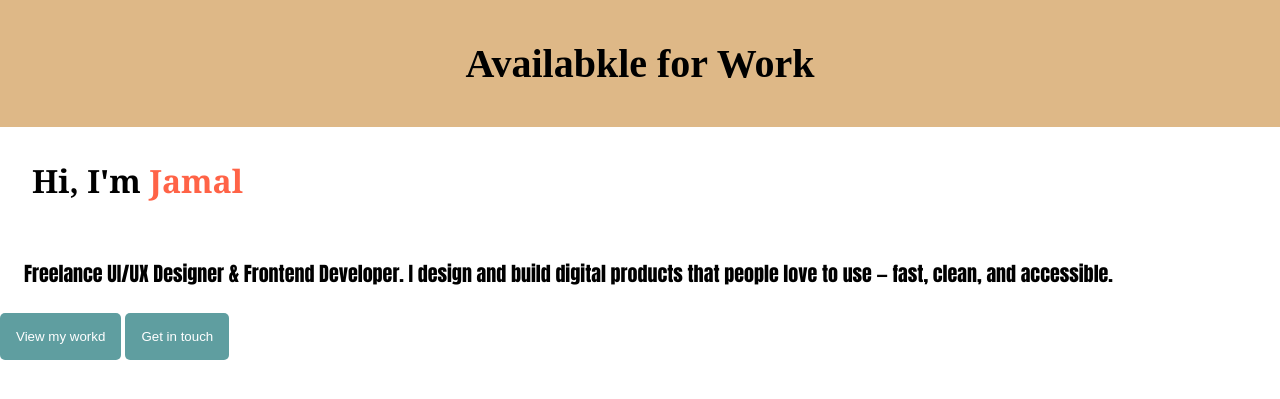
Repository: jamalissef-glitch/exercise1-JS
Page: Exercise33/index.html
The author's editor kept a copy of each file at every save. The page is drawn from the files as they stood at one save, then again after the next save.
The browser window is 1280 px wide. The pictures show the whole page.

Above is the page before, as saved 2026-07-14 17:44:56.

### Exercise33/index.html
<!DOCTYPE html>
<html lang="en">

<head>
 <meta charset="UTF-8">
 <meta name="viewport" content="width=device-width, initial-scale=1.0">
 <title>DOM</title>
</head>

<style>
 * {
  padding: 0;
  margin: 0;
  box-sizing: border-box;
 }

 h3 {
  background-color: burlywood;
  padding: 2.5rem;
  text-align: center;
  font-size: 2.5rem;
  font-weight: bold;
 }

 #head {
  padding: 2rem;
  font-family: Georgia, 'Times New Roman', Times, serif;
  font-size: 2rem;
 }

 #head em {
  color: tomato;
  font-style: normal;
  font-weight: bold;
 }

 .desc {
  padding: 1.5rem;
  align-items: center;
  font-size: 20px;
  font-family: Impact, Haettenschweiler, 'Arial Narrow Bold', sans-serif;
 }

 button {

  padding: 1rem;
  background-color: cadetblue;
  border: none;
  border-radius: 5px;
  color: #fff;
 }
</style>

<body>

 <h3>Availabkle for Work</h3>
 <h1 id="head">Hi, I'm <em>Jamal</em></h1>
 <p class="desc">Freelance UI/UX Designer & Frontend Developer. I design and build digital products that people love to
  use — fast,
  clean, and accessible.</p>

 <button>View my workd</button>
 <button>Get in touch</button>


</body>

</html>

After the next save:
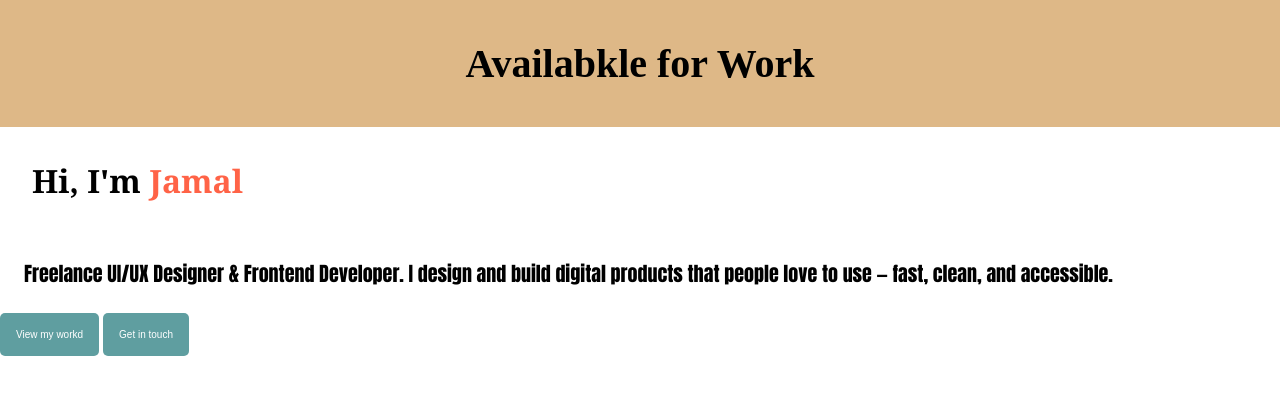
Saved 14 s later.
--- a/Exercise33/index.html
+++ b/Exercise33/index.html
@@ -48,6 +48,7 @@
   border: none;
   border-radius: 5px;
   color: #fff;
+  font-size: 10px;
  }
 </style>
 
